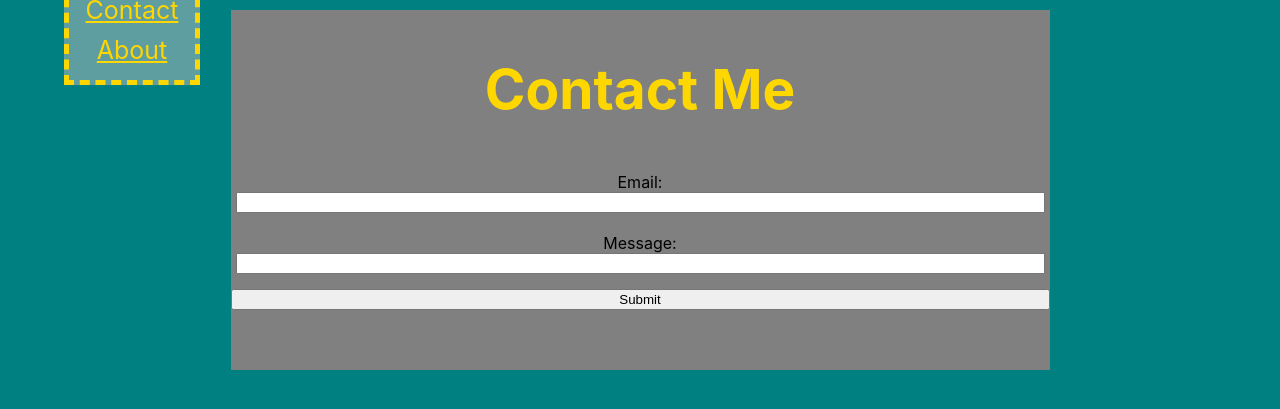
Repository: zeidalidiez/portfolioreact
Page: /Contact
The author's editor kept a copy of each file at every save. The page is drawn from the files as they stood at one save, then again after the next save.
The browser window is 1280 px wide. The pictures show the whole page.
The project was rebuilt for these pictures with package versions that can differ from the ones it lists, and the page was loaded fresh each time. Also part of the build but not shown: src/components/Thumbnail.js, src/components/Projects.js, src/components/About.js.

Above is the page before, as saved 2021-02-08 18:04:38.

After the next save:
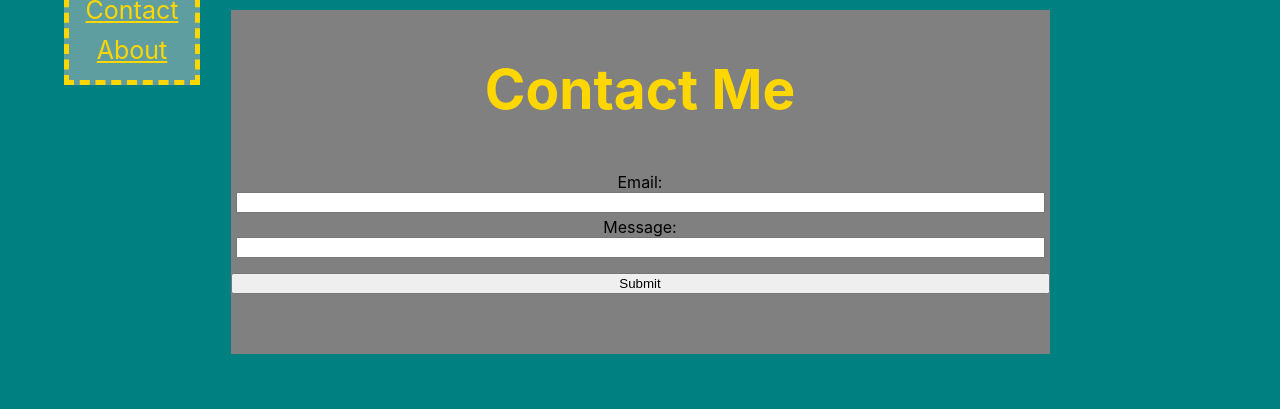
Saved 2 min 27 s later.
--- a/src/components/App.css
+++ b/src/components/App.css
@@ -105,8 +105,8 @@ form {
   display: grid;
 }
 
-input {
-height:  auto;
+.emailInput {
+height:  25px;
 }
 
 @media screen and (max-width: 800px) {
